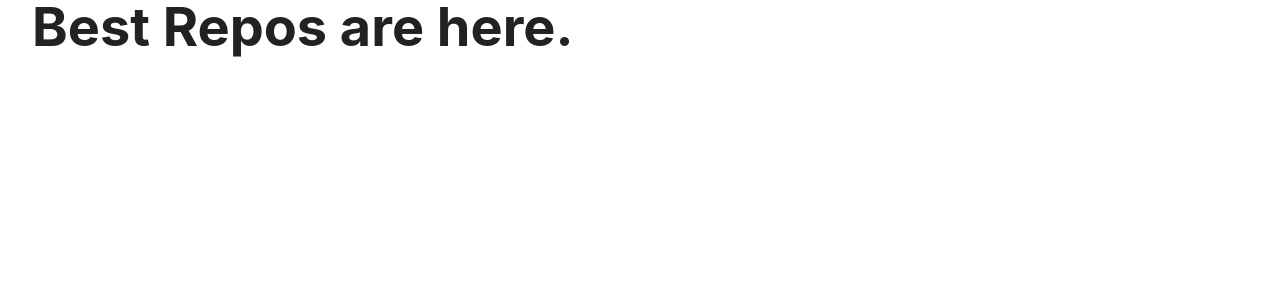
Repository: MoRamdan11/Trending-repos-challenge
Page: /
These files come from the project's save history. The page is drawn as it stood at one moment and after the next save; the edit follows.
The browser window is 1280 px wide. The pictures show the whole page.
The project was rebuilt for these pictures with package versions that can differ from the ones it lists, and the page was loaded fresh each time. Also part of the build but not shown: src/App.css, src/components/test.js.

Above is the page before, as saved 2021-08-31 20:55:30.

### public/index.html
<!DOCTYPE html>
<html lang="en">
  <head>
    <meta charset="utf-8" />
    <link rel="icon" href="%PUBLIC_URL%/favicon.ico" />
    <meta name="viewport" content="width=device-width, initial-scale=1" />
    <meta name="theme-color" content="#000000" />
    <meta
      name="description"
      content="Web site created using create-react-app"
    />
    <link rel="apple-touch-icon" href="%PUBLIC_URL%/logo192.png" />
    <link rel="manifest" href="%PUBLIC_URL%/manifest.json" />
    <title>React App</title>
    <link
      href="https://fonts.googleapis.com/css2?family=Rubik:wght@400;500;600;700&display=swap"
      rel="stylesheet"
    />
    <link rel="stylesheet" href="style.css" />
  </head>
  <body>
    <noscript>You need to enable JavaScript to run this app.</noscript>
    <div id="root"></div>
  </body>
</html>

### src/App.js
import "./App.css";
import {
  BrowserRouter,
  Route,
  Switch,
  Link,
  NavLink,
  Router,
} from "react-router-dom";
import Test from "./components/test";
import Hero from "./components/Hero/hero.js";
function App() {
  return (
    <BrowserRouter>
      <div>
        <Switch>
          <Route path="/" component={Hero} exact={true} />
        </Switch>
      </div>
    </BrowserRouter>
  );
}

export default App;

### src/components/Hero/hero.js
import React from "react";
import "./hero.css";
const Hero = () => {
  return (
    <div className="hero-container" style={{ margin: "0 auto" }}>
      <h1 className="hero-header">Best Repos are here.</h1>
    </div>
  );
};

export default Hero;

### src/components/Hero/hero.css
.hero-container {
  max-width: 130rem;
  margin: 0 auto;
  /*padding left-rigt to give some space when screen become smaller*/
  padding: 0 3.2rem;
}

.hero-header {
  font-size: 5.4rem;
  font-weight: 700;
  color: #222;
}

### public/style.css
* {
  margin: 0;
  padding: 0;
  box-sizing: border-box;
}

html {
  font-size: 62.5%;
}

body {
  font-family: "Rubik", sans-serif;
  line-height: 1;
  font-weight: 400;
  color: #555;
}

/* .container {
  padding: 9.6rem 0;
} */
/*
--- 01 TYPOGRAPHY SYSTEM

- Font sizes (px)
10 / 12 / 14 / 16 / 18 / 20 / 24 / 30 / 36 / 44 / 52 / 62 / 74 / 86 / 98

- Font weights
Default: 400
Medium: 500
Semi-bold: 600
Bold: 700

- Line heights
Default: 1
Small: 1.05
Medium: 1.2
Paragraph default: 1.6

- Letter spacing
-0.5px
0.75px

--- 02 COLORS
- primary: #f06595
-Tints:#f9c1d5
-Shades:
-Accents:
-Greys:
#333

*/

Loaded but not shown: src/index.js (common file); src/index.css (common file); src/reportWebVitals.js (common file)

After the next save:
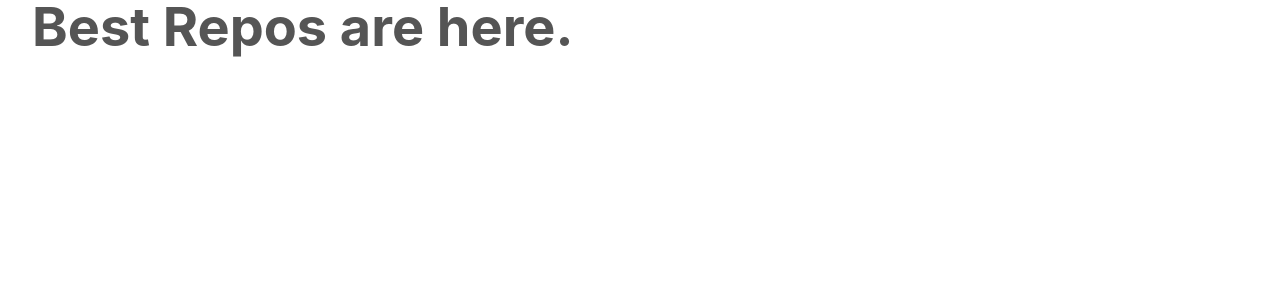
Saved 8 s later.
--- a/src/components/Hero/hero.css
+++ b/src/components/Hero/hero.css
@@ -8,5 +8,4 @@
 .hero-header {
   font-size: 5.4rem;
   font-weight: 700;
-  color: #222;
 }
